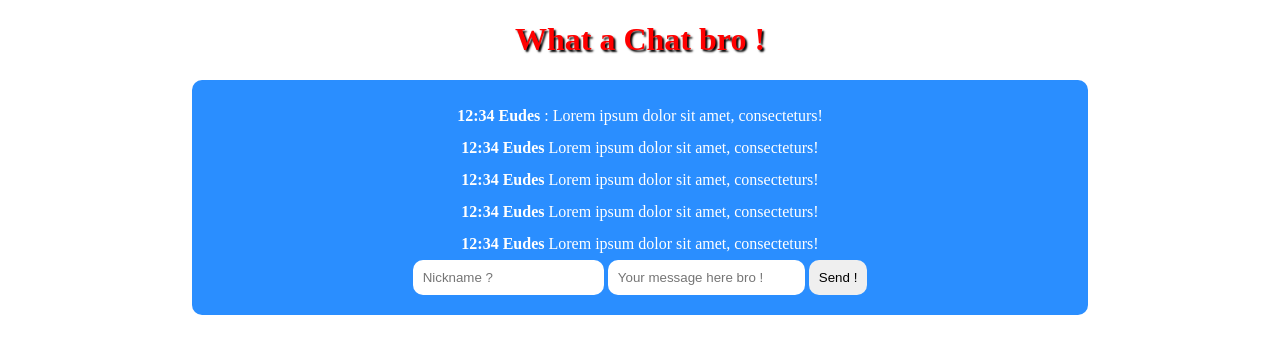
Repository: Djitzu/Chat-en-ajax
Page: index.html
The author's editor kept a record of every edit. The page is drawn from the files as they stood at one moment, then again after the next edit.
The browser window is 1280 px wide. The pictures show the whole page.

Above is the page before.
Console error (its wording comes from the project's code and is left out).

### index.html
<!DOCTYPE html>
<html lang="fr">
<head>
    <meta charset="UTF-8">
    <meta name="viewport" content="width=device-width, initial-scale=1.0">
    <meta http-equiv="X-UA-Compatible" content="ie=edge">
    <title>Super chat !</title>
    <link rel="stylesheet" href="CSS/style.css" type="text/css" />
</head>
<body>
    <header>
        <h1>What a Chat bro !</h1>
    </header>

    <section class="chat">
        <div class="messages">
            <div class="message">
                <span class="date">12:34</span>
                <span class="author">Eudes</span> :
                <span class="content">Lorem ipsum dolor sit amet, consecteturs!</span>
            </div>

            <div class="message">
                <span class="date">12:34</span>
                <span class="author">Eudes</span>
                <span class="content">Lorem ipsum dolor sit amet, consecteturs!</span>
            </div>

            <div class="message">
                <span class="date">12:34</span>
                <span class="author">Eudes</span>
                <span class="content">Lorem ipsum dolor sit amet, consecteturs!</span>
            </div>

            <div class="message">
                <span class="date">12:34</span>
                <span class="author">Eudes</span>
                <span class="content">Lorem ipsum dolor sit amet, consecteturs!</span>
            </div>

            <div class="message">
                <span class="date">12:34</span>
                <span class="author">Eudes</span>
                <span class="content">Lorem ipsum dolor sit amet, consecteturs!</span>
            </div>
        </div>

        <div class="user-input">
            <form action="handler.php">
                <input type="text" name="author" id="author" placeholder="Nickname ?">
                <input type="text" id="content" name="content" placeholder="Your message here bro !">
                <input type="submit" value="Send !"/>
            </form>
        </div>
    </section>



    <script src="js/app.js"></script>
</body>
</html>

### CSS/style.css
body {
    width: 70%;
    margin: auto;
    text-align: center
}

section {
    background-color: #2A8EFF;
    border-radius: 10px;
    color: white;
    line-height: 2em;
    padding: 20px;
}

.date, .author {
    font-weight: bold;
}


h1 {
    color: red;
    text-shadow: 2px 2px 2px black
}

input {
    border: none;
    padding: 10px;
    border-radius: 10px;
}

#author {
    max-width: 20%;

}

### js/app.js
//On fait de l'ajx !!!

//Il nous faut une fonction pour afficher les messages et une autre pour écrire.

//Récupération des messages
function getMessages()
{
  //Instanciation de l'objet jx
  const requeteAjax = new XMLHttpRequest();
  //Début de la requête : si true ou non spécifié alors = synchrone
  requeteAjax.open("GET", "handler.php");

  //Pendant le chargement...
  requeteAjax.onload = function()
  {
    //...On formate la réponse en JSON...
    const resultat = JSON.parse(requeteAjax.responseText);
    //... On prepare du htlm...
    const html = resultat.reverse().map(function(message){
      return `
        <div class="message">
          <span class="date">${message.created_at.substring(11, 16)}</span>
          <span class="author">${message.author}</span> :
          <span class="content">${message.content}</span>
        </div>
      `
      //la jointure vide permet de ne pas avoir de sparateur entre chaque élément
    }).join('');

    //on va chercher le DOM correspondant
    const messages = document.querySelector('.messages');

    //Définition du contenu de la div messages
    messages.innerHTML = html;

    //Pour afficher les dernier message (ceux du bas)
    messages.scrollTop = messages.scrollHeight;

  };

  //Envoie de la requete pour finir
  requeteAjax.send();
}


function postMessage(formEvent)
{
  //On veut stopper l'ennvoi du formulaire
  formEvent.prenventDefault();

  //Récupérer les données du formuaire
  const author = document.querySelector('#author');
  const content = document.querySelector('#content');

  //Envoyer les données grâce à l'obet formData
  const data = new FormData();
  data.append('author', author.value);
  data.append('content', content.value);

  //La requête
  const requeteAjax = new XMLHttpRequest();
  requeteAjax.open('POST', 'handler.php?task=write');

  requeteAjax.onload = function()
  {
    //Effacement du contenu de content
    content.value = '';
    //garder le focus dans la zone de saisie du texte
    content.focus();
    //Raffraicchissement des messages
    getMessages();
  }

  requeteAjax.send(data);
}

//Ecoute de l'evenement submmit au formulaire
document.querySelector('form').addEventListener('submit', postMessage);

//Rafraichir toutes les 3 secondes les messages
window.setInterval(getMessages, 3000);

//Aller chercher les messages au démarrage de la page.
getMessages();

After the next edit:
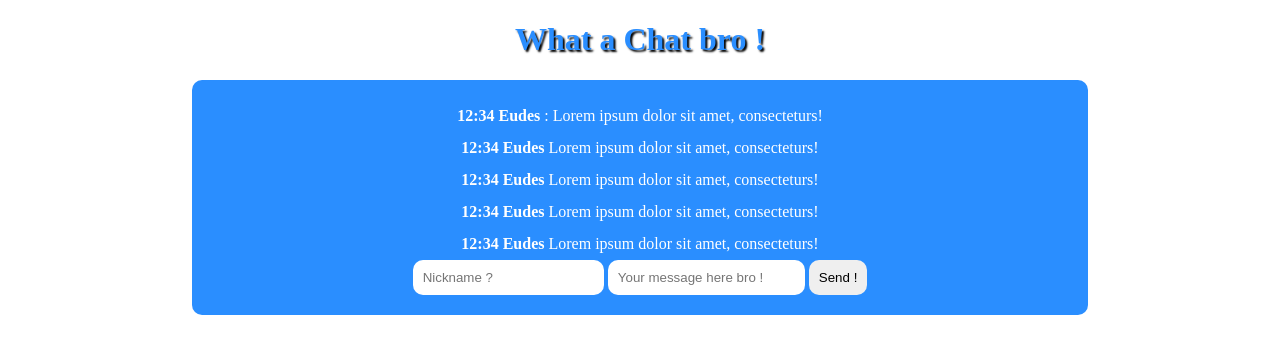
The edit:
--- a/CSS/style.css
+++ b/CSS/style.css
@@ -18,7 +18,7 @@
 
 
 h1 {
-    color: red;
+    color: #2A8EFF;
     text-shadow: 2px 2px 2px black
 }
 
